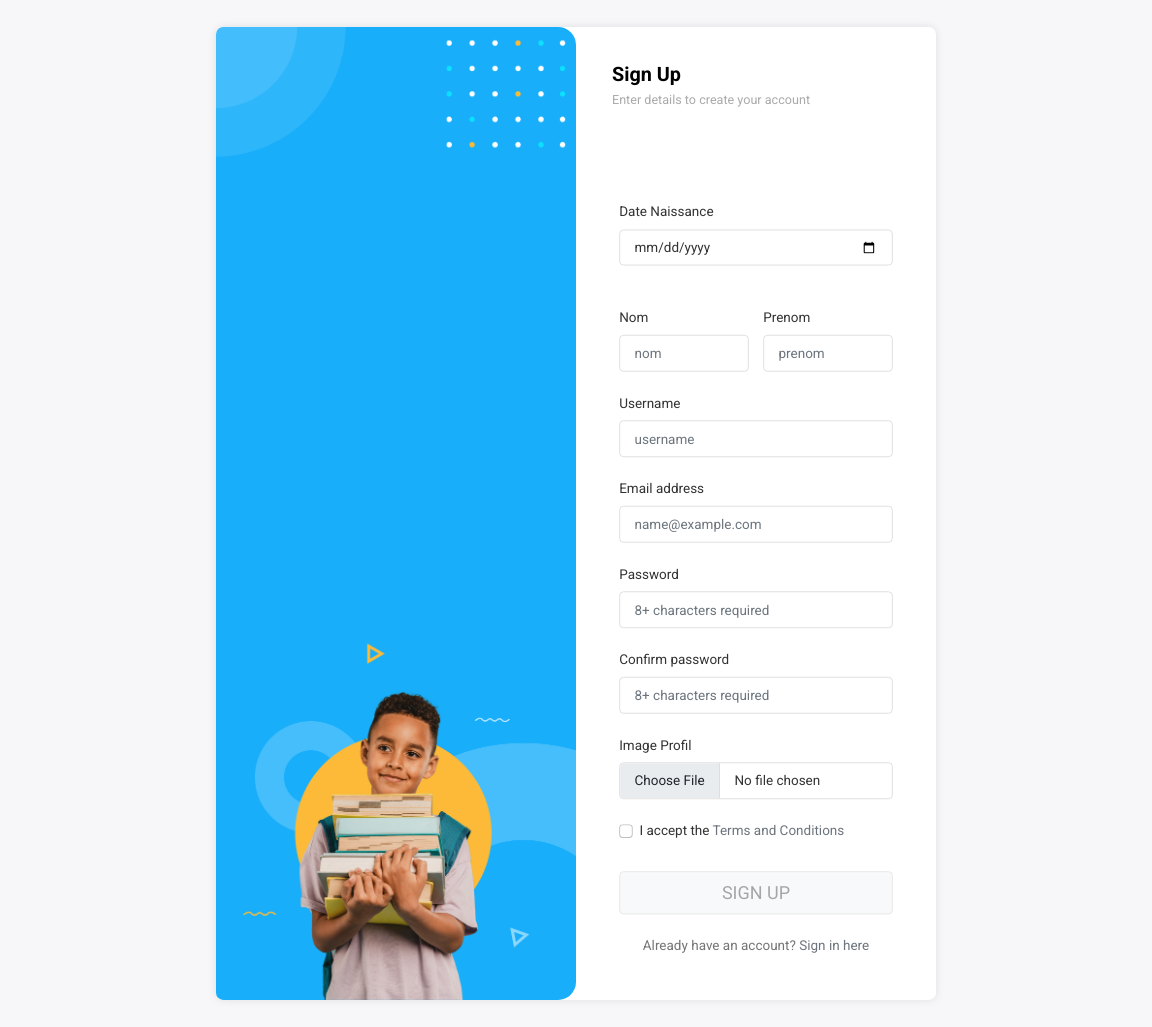
Repository: djadame/Projet
Page: http://localhost/inscription/
The author's editor kept a copy of each file at every save. The page is drawn from the files as they stood at one save, then again after the next save.
The browser window is 1280 px wide. The pictures show the whole page, at 90% of full size.
The page is served by the project's application, run on Django 4.2 (manage.py). Other server files are loaded and not shown.

Above is the page before, as saved 2023-08-23 00:01:26.
Console error: ReferenceError: feather is not defined

### templates/Utilisateur/inscription.html
{% extends "base.html" %} {% load static %} {% block content %}

<body>
  <div class="main-wrapper login-body">
    <div class="login-wrapper">
      <div class="container">
        <div class="loginbox">
          <div class="login-left">
            <img class="img-fluid" src="{% static 'assets/img/login.png' %}" alt="Logo">
          </div>
          <div class="login-right">
            <div class="login-right-wrap">
              <h1>Sign Up</h1>
              <p class="account-subtitle">Enter details to create your account</p>
              <form class="row g-3 p-0 p-2" action="{% url 'register' %}" method="POST">
                {% csrf_token %}


                <div class="col-12 text-center mb-5">

                </div>
                {% if error %}

                <p class="alert alert-danger">{{ message }}</p>
                {% endif %}
                <div class="col-12">
                  <div class="mb-2">
                    <label class="form-label">Date Naissance</label>
                    <input type="date" id="date_naissance" name="date" class="form-control form-control-lg"
                      required><br>
                  </div>
                </div>



                <div class="col-6">
                  <div class="mb-2">
                    <label class="form-label">Nom</label>
                    <input type="text" name="nom" class="form-control form-control-lg" placeholder="nom" />
                  </div>
                </div>
                <div class="col-6">
                  <div class="mb-2">
                    <label class="form-label">Prenom</label>
                    <input type="text" name="prenom" class="form-control form-control-lg" placeholder="prenom" />
                  </div>
                </div>
                <div class="col-12">
                  <div class="mb-2">
                    <label class="form-label">Username</label>
                    <input type="text" name="username" class="form-control form-control-lg" placeholder="username" />
                  </div>
                </div>
                <div class="col-12">
                  <div class="mb-2">
                    <label class="form-label">Email address</label>
                    <input type="email" name="email" class="form-control form-control-lg"
                      placeholder="name@example.com" />
                  </div>
                </div>
                <div class="col-12">
                  <div class="mb-2">
                    <label class="form-label">Password</label>
                    <input type="password" name="password" class="form-control form-control-lg"
                      placeholder="8+ characters required" />
                  </div>
                </div>
                <div class="col-12">
                  <div class="mb-2">
                    <label class="form-label">Confirm password</label>
                    <input type="password" name="confirmePassword" class="form-control form-control-lg"
                      placeholder="8+ characters required" />
                  </div>
                </div>
                <div class="col-12">
                  <div class="mb-2">
                    <label class="form-label">Image Profil</label>
                    <input type="file" name="image" class="form-control form-control-lg" />
                  </div>
                </div>
                <div class="col-12">
                  <div class="form-check">
                    <input class="form-check-input" type="checkbox" value="" id="flexCheckDefault" />
                    <label class="form-check-label" for="flexCheckDefault">
                      I accept the
                      <a href="#" title="Terms and Conditions" class="text-secondary">Terms and Conditions</a>
                    </label>
                  </div>
                </div>
                <div class="col-12 text-center mt-4">
                  <button type="submit" class="btn btn-lg btn-block btn-light lift text-uppercase" alt="SIGNUP">
                    SIGN UP
                  </button>
                </div>
                <div class="col-12 text-center mt-4">
                  <span class="text-muted">Already have an account?
                    <a href="auth-signin.html" title="Sign in" class="text-secondary">Sign in here</a></span>
                </div>








              </form>

            </div>
          </div>
        </div>
      </div>
    </div>
  </div>

</body>






















{% endblock %}

### templates/base.html
{% load static %}
<!DOCTYPE html>
<html lang="en">
<head>
  <meta charset="utf-8" />
  <meta http-equiv="X-UA-Compatible" content="IE=Edge">
        <meta content="width=device-width, initial-scale=1, maximum-scale=1, user-scalable=no" name="viewport">

        <link rel="shortcut icon" href="{% static 'assets/img/favicon.png' %}">

        <link href="https://fonts.googleapis.com/css2?family=Roboto:ital,wght@0,400;0,500;0,700;0,900;1,400;1,500;1,700&amp;display=swap" rel="stylesheet">

        <link rel="stylesheet" href="{% static 'assets/plugins/bootstrap/css/bootstrap.min.css' %}">

        <link rel="stylesheet" href="{% static 'assets/plugins/feather/feather.css' %}">

        <link rel="stylesheet" href="{% static 'assets/plugins/icons/flags/flags.css' %}">

        <link rel="stylesheet" href="{% static 'assets/plugins/fontawesome/css/fontawesome.min.css' %}">
        <link rel="stylesheet" href="{% static 'assets/plugins/fontawesome/css/all.min.css' %}">

        <link rel="stylesheet" href="{% static 'assets/css/style.css' %}">


            <script src="{% static 'assets/js/jquery-3.6.0.min.js' %}"  defer></script>

            <script src="{% static 'assets/plugins/bootstrap/js/bootstrap.bundle.min.js' %}" defer></script>

            <script src="{% static 'assets/js/feather.min.js' }}" defer></script>

            <script src="{% static 'assets/plugins/slimscroll/jquery.slimscroll.min.js' %}" defer></script>

            <script src="{% static 'assets/plugins/apexchart/apexcharts.min.js' %}" defer></script>
            <script src="{% static 'assets/plugins/apexchart/chart-data.js' %}" defer></script>

            <script src="{% static 'assets/js/script.js' %}" defer></script>
</head>
<body>

    {% if user.is_authenticated %}
      {% if user.role == "Administrateur" %}
        {% include "_partiels/navAdministrateur.html" %}
      {% elif user.role == "Enseignant" %}
        {% include "_partiels/navEnseignant.html" %}
      {% else  %}
        {% include "_partiels/navEtudiant.html" %}
      {% endif %}


    {% endif %}





    {% block content %}{% endblock %}
</body>
</html>

### AppEcole/views.py
from django.shortcuts import render,redirect,get_object_or_404
from django.core.validators import validate_email
from django.contrib.auth.models import User
from django.db.models import Q
from django.contrib.auth.decorators import login_required
from django.contrib.auth import authenticate, login, logout
from .forms import ProjetForm
from django.contrib.auth import get_user_model
from .models import Devoir
from django.contrib import messages
from django.contrib.auth.decorators import user_passes_test
from Etudiant.models import Soumission

def is_enseignant(user):
    return user.role == 'Enseignant'

def is_not_authenticated(user):
    return not user.is_authenticated







def index(request):
    return render(request,'index.html')


@user_passes_test(is_enseignant, login_url='login')
def ajouter_projet(request):
    messages= ''
    if request.method == 'POST':
        form = ProjetForm(request.POST, request.FILES)
        if form.is_valid():
            form.save()
            form=ProjetForm()
            messages = "votre projet a été ajouter avec succes" # Rediriger vers la liste des projets
    else:
        form = ProjetForm()

    context = {'form': form,'message' :messages}
    return render(request, 'Enseignant/Projet/projet.html', context)

@user_passes_test(is_enseignant, login_url='login')
def liste_projets(request):
    projets = Devoir.objects.all()
    return render(request, 'Enseignant/Projet/index.html', {'Projets': projets})

@user_passes_test(is_enseignant, login_url='login')
def modifier_projet(request, id):
    projet = get_object_or_404(Devoir, id=id)
    messages=""
    if request.method == 'POST':
        form = ProjetForm(request.POST, request.FILES, instance=projet)
        if form.is_valid():
            form.save()
            form=ProjetForm
            messages="votre projet a été modifier avec succes"


             # Rediriger vers la liste des projets
    else:
        form = ProjetForm(instance=projet)

    context = {'form': form,
               'message':messages}
    return render(request, 'Enseignant/Projet/modifier.html', context)


@user_passes_test(is_enseignant, login_url='login')
def supprimer_projet(request, id):
    messages=""
    projet = get_object_or_404(Devoir, id=id)
    intitule=projet.intitule

    if request.method == 'POST':
        projet.delete()
        return redirect('liste_projet')  # Rediriger vers la liste des projets
        messages="votre projet a été supprimer avec succes"
    context = {'intitule': intitule,
               'projet':projet,
               'message':messages}
    return render(request, 'Enseignant/Projet/supprimer.html', context)

@user_passes_test(is_enseignant, login_url='login')
def modifier_profil(request, id):
    error = False
    message = ""
    user = request.user  # Get the user object or return 404 if not found

    if request.method == "POST":
        # Similar to your existing code to retrieve form data
        username = request.POST.get('username')
        email = request.POST.get('email')
        nom = request.POST.get('nom')
        prenom = request.POST.get('prenom')
        password = request.POST.get('password')
        confirmePassword = request.POST.get('confirmePassword')
        role = "Enseignant"
        identifiant = request.POST.get('identifiant')
        date = request.POST.get('date')
        image = request.POST.get('image')

        try:
            validate_email(email)
        except:
            error = True
            message = "Entrer un email valide svp"

        existing_user = get_user_model().objects.filter(Q(email=email) | Q(username=username)).exclude(id=id).first()
        if existing_user:
            error = True
            message = f"L'email {email} ou le nom d'utilisateur {nom} est déjà utilisé par un utilisateur"

        if password and password != confirmePassword:
            error = True
            message = "Les deux mots de passe ne sont pas identiques"

        if not error:
            # Update user data
            user.username = username
            user.email = email
            user.last_name = nom
            user.first_name = prenom
            user.identifiant = identifiant
            user.role = role
            user.birthdate = date
            user.profil = image

            if password:
                user.set_password(password)  # Only set password if a new password is provided

            user.save()
            return redirect('login')  # Redirect to user list page after successful update

    context = {
        'user': user,
        'error': error,
        'message': message
    }
    return render(request, 'Enseignant/modifier.html', context)

@user_passes_test(is_enseignant, login_url='login')
def liste_projets_soumis(request):

    soumission = Soumission.objects.all()
    context = {'soumissions':soumission}
    return render(request, 'Enseignant/Projet/soumis.html', context)






def inscription(request):
    error = False
    message = ""

    if request.method == "POST":
        username = request.POST.get('username')
        email = request.POST.get('email')
        nom = request.POST.get('nom')
        prenom = request.POST.get('prenom')
        password = request.POST.get('password')
        confirmePassword=request.POST.get('confirmePassword')
        role = "Administrateur"
        identifiant ="admin"
        date = request.POST.get('date')
        image = request.POST.get('image')
        # Récupérer le rôle du formulaire

        try:
            validate_email(email)
        except:
            error = True
            message = "Entrer un email valide svp"

        User = get_user_model()  # Obtenir le modèle utilisateur personnalisé

        user = User.objects.filter(Q(email=email) | Q(username=username)).first()
        if user:
            error = True
            message = f"L'email {email} ou le nom d'utilisateur {nom} est déjà utilisé par un utilisateur"

        if password != confirmePassword:
            error = True
            message = "Les deux mots de passe ne sont pas identiques"

        if error == False:
            user = User(

                username=username,
                email=email,
                last_name=nom,
                first_name=prenom,
                identifiant=identifiant,
                role=role,
                birthdate=date,
                profil=image# Enregistrer le rôle dans le modèle
            )
            user.set_password(password)
            user.save()
            return redirect('login')

    context = {
        'error': error,
        'message': message
    }
    return render(request, 'Utilisateur/inscription.html', context)

@login_required
def afficher_profil(request):
        utilisateur = request.user
        return render(request, 'Enseignant/profil.html', {'utilisateur': utilisateur})


def connexion(request):
    if request.user.is_authenticated:
        logout(request)

    error=False
    messages=""
    if request.method=="POST":

        email=request.POST.get('email', None)
        password=request.POST.get('password', None)

        User = get_user_model()
        user=User.objects.filter(email=email).first()
        if user:
            user=authenticate(username=user.username, password=password)
            if user:
                login(request, user)
                if user.role == 'Administrateur':
                    return redirect('liste_utilisateur')  # Redirection pour les superutilisateurs
                elif user.role == 'Enseignant':
                    return redirect('liste_projet')  # Redirection pour les membres du groupe "Staff"
                elif user.role == 'Etudiant':
                    return redirect('etudiants_projet')
                else:
                    return redirect('acceuil')  # Redirection par défaut

            else:
                error=True
                message="mot de passe  incorrecte"
        else:
            error=True
            message="l'utilisateur n'existe pas"
    return render(request, 'Utilisateur/connexion.html', {'error':error, 'message':messages})




def deconnexion(request):
    logout(request)
    return redirect('login')
# Create your views here.

### Projet/urls.py
"""Projet URL Configuration

The `urlpatterns` list routes URLs to views. For more information please see:
    https://docs.djangoproject.com/en/4.1/topics/http/urls/
Examples:
Function views
    1. Add an import:  from my_app import views
    2. Add a URL to urlpatterns:  path('', views.home, name='home')
Class-based views
    1. Add an import:  from other_app.views import Home
    2. Add a URL to urlpatterns:  path('', Home.as_view(), name='home')
Including another URLconf
    1. Import the include() function: from django.urls import include, path
    2. Add a URL to urlpatterns:  path('blog/', include('blog.urls'))
"""
from django.contrib import admin
from django.urls import path,include
from django.conf import settings
from django.conf.urls.static import static


urlpatterns = [
    path('admin/', admin.site.urls),
    path('', include('AppEcole.urls')),
    path('Admin/', include('Administrateur.urls')),
    path('Etudiant/', include('Etudiant.urls')),
]
if settings.DEBUG:
    urlpatterns += static(settings.MEDIA_URL,
    document_root=settings.MEDIA_ROOT)

### AppEcole/urls.py
from django.urls import path
from .views import index, inscription, connexion,ajouter_projet,deconnexion,liste_projets,modifier_projet,supprimer_projet,afficher_profil,modifier_profil,liste_projets_soumis
urlpatterns = [
    path('acceuil', index, name='acceuil'),
    path('inscription/', inscription, name='register'),
    path('', connexion, name='login'),
    path('deconnexion/', deconnexion, name='logout'),


    path('enseignant/projet/ajouter', ajouter_projet, name='ajouter_projet'),
    path('enseignant/projet/', liste_projets, name='liste_projet'),
    path('enseignant/projet/modifier/<int:id>',modifier_projet, name='modifier_projet'),
    path('enseignant/projet/supprimer/<int:id>',supprimer_projet, name='supprimer_projet'),
    path('enseignant/profil',afficher_profil, name='afficher_profil'),
    path('enseignant/profil/modifier/<int:id>',modifier_profil, name='modifier_profile'),
    path('enseignant/projet/soumis',liste_projets_soumis, name='soumis'),


]

### Administrateur/urls.py
from django.urls import path
from .views import register,liste_utilisateur,modifier_utilisateur,supprimer_utilisateur,liste_cour,ajouter_cour,modifier_cour,supprimer_cour, liste_Enseignant, liste_Etudiant
urlpatterns = [
    path('user/ajouter', register, name='inscription'),
    path('user/', liste_utilisateur, name='liste_utilisateur'),
    path('user/enseignant', liste_Enseignant, name='liste_enseignant'),
    path('user/etudiant', liste_Etudiant, name='liste_etudiant'),
    path('user/modifier/<int:id>',modifier_utilisateur, name='modifier_utilisateur'),
    path('user/supprimer/<int:id>',supprimer_utilisateur, name='supprimer_utilisateur'),
    path('cour/ajouter', ajouter_cour, name='ajouter_cour'),
    path('cour/', liste_cour, name='liste_cour'),
    path('cour/modifier/<int:id>',modifier_cour, name='modifier_cour'),
    path('cour/supprimer/<int:id>',supprimer_cour, name='supprimer_cour'),








]

### Etudiant/urls.py
from django.urls import path
from .views import liste_Projets,ajouter_soumission,liste_soumission,modifier_soumission,supprimer_soumission, afficher_profil,modifier_profil
urlpatterns = [
    path('projets/', liste_Projets, name='etudiants_projet'),
    path('soumission/ajouter', ajouter_soumission, name='ajouter_soumission'),
    path('soumission/',liste_soumission, name='liste_soumission'),
    path('soumission/modifier/<int:id>', modifier_soumission, name='modifier_soumission'),
    path('soumission/supprimer/<int:id>', supprimer_soumission, name='supprimer_soumission'),
    path('profil/', afficher_profil, name='profil'),
    path('profil/modifier/<int:id>', modifier_profil, name='profil_modifier'),

]

Loaded but not shown: static/assets/plugins/bootstrap/css/bootstrap.min.css (library); static/assets/plugins/feather/feather.css (library); static/assets/plugins/icons/flags/flags.css (library); static/assets/plugins/fontawesome/css/fontawesome.min.css (library); static/assets/plugins/fontawesome/css/all.min.css (library); static/assets/css/style.css (library); static/assets/js/jquery-3.6.0.min.js (library); static/assets/plugins/bootstrap/js/bootstrap.bundle.min.js (library); static/assets/plugins/slimscroll/jquery.slimscroll.min.js (library); static/assets/plugins/apexchart/apexcharts.min.js (library); static/assets/plugins/apexchart/chart-data.js (library); static/assets/js/script.js (580 lines, source omitted)

After the next save:
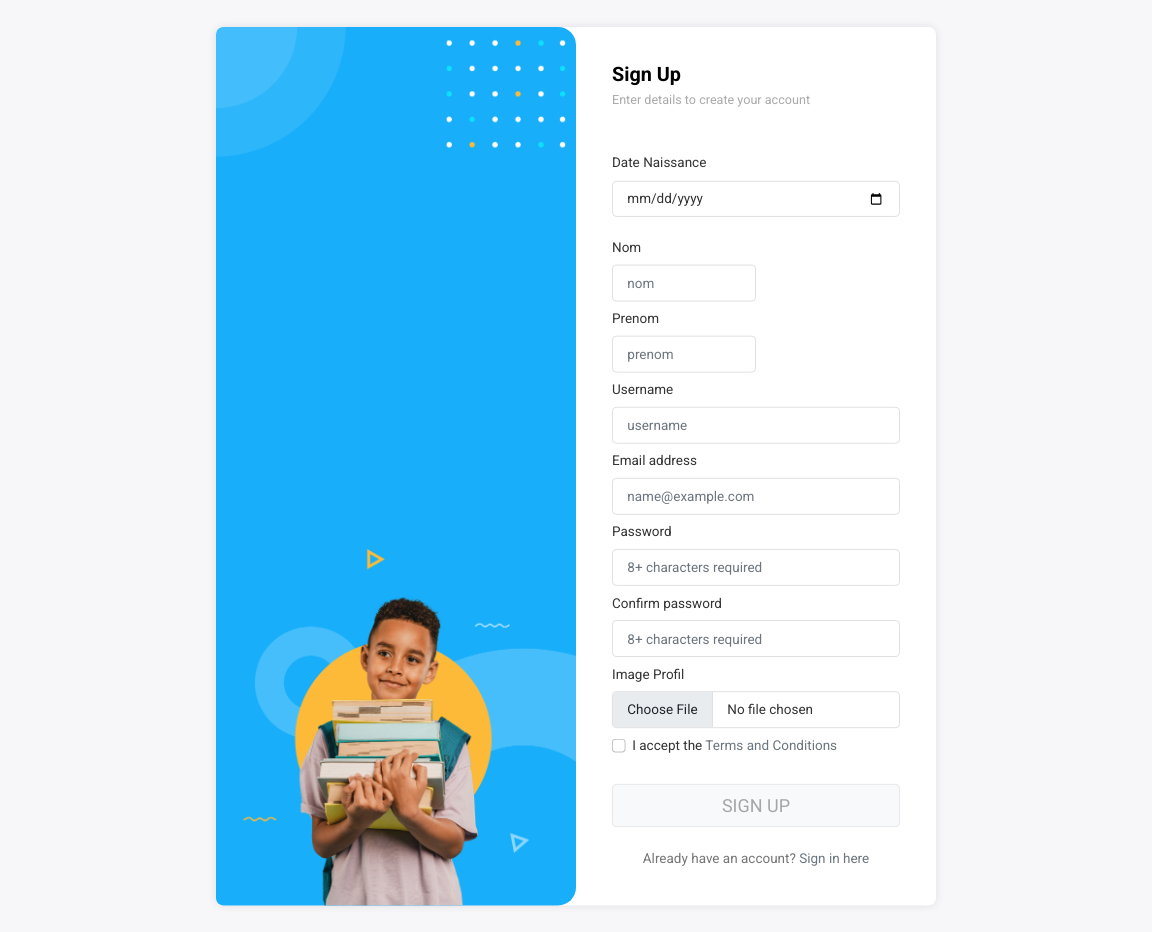
Saved 93 s later.
--- a/templates/Utilisateur/inscription.html
+++ b/templates/Utilisateur/inscription.html
@@ -12,7 +12,7 @@
             <div class="login-right-wrap">
               <h1>Sign Up</h1>
               <p class="account-subtitle">Enter details to create your account</p>
-              <form class="row g-3 p-0 p-2" action="{% url 'register' %}" method="POST">
+              <form  action="{% url 'register' %}" method="POST">
                 {% csrf_token %}
 
 
@@ -23,16 +23,13 @@
 
                 <p class="alert alert-danger">{{ message }}</p>
                 {% endif %}
-                <div class="col-12">
-                  <div class="mb-2">
+                <div class="form-groupe">
+
                     <label class="form-label">Date Naissance</label>
                     <input type="date" id="date_naissance" name="date" class="form-control form-control-lg"
                       required><br>
-                  </div>
+
                 </div>
-
-
-
                 <div class="col-6">
                   <div class="mb-2">
                     <label class="form-label">Nom</label>
